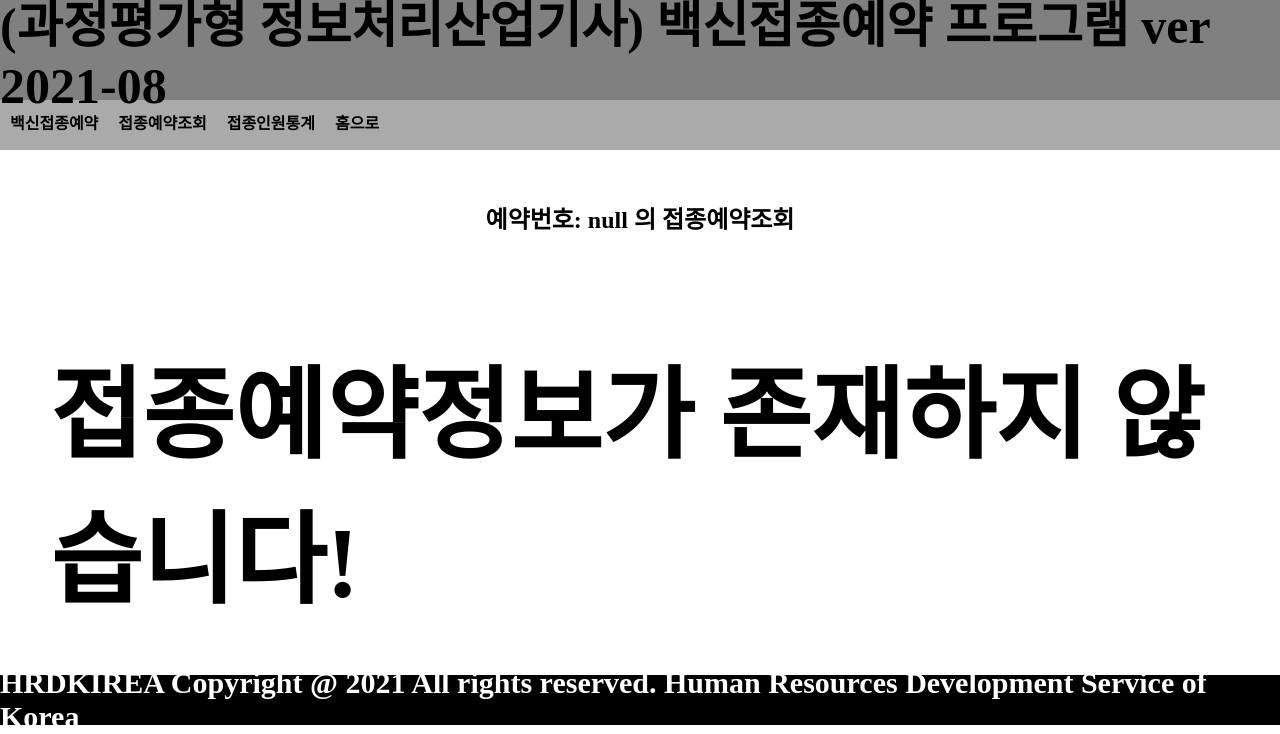
Repository: Ranranruo/info-processing
Page: http://localhost/20250424/view.jsp
These files come from the project's save history. The page is drawn as it stood at one moment and after the next save; the edit follows.
The browser window is 1280 px wide. The pictures show the whole page.
The page is served by Tomcat 9. Queries for data that is not in the repository find no rows.

Above is the page before, as saved 2025-04-24 07:15:55.
Console error: TypeError: Cannot read properties of null (reading 'addEventListener')

### 20250424/src/main/webapp/view.jsp
<%@page import="java.sql.ResultSet"%>
<%@page import="java.sql.PreparedStatement"%>
<%@page import="java.sql.Connection"%>
<%@page import="java.sql.DriverManager"%>
<%@ page language="java" contentType="text/html; charset=UTF-8"
    pageEncoding="UTF-8"%>
<%
	Class.forName("oracle.jdbc.OracleDriver");
	String no = request.getParameter("no");
	Connection con = DriverManager.getConnection("jdbc:oracle:thin:@//localhost:1521/xe", "system", "1234");

	String sql = "SELECT j.pname, j.jumin, CASE WHEN substr(j.jumin, 8, 1) = '1' THEN '남' WHEN substr(j.jumin, 8, 1) = '2' THEN '여' end, j.tel, substr(v.resvdate, 1, 4) || '년' || substr(v.resvdate, 5, 2) || '월' || substr(v.resvdate, 7, 2) || '일', substr(v.resvtime, 1, 2) || ':' | substr(v.resvtime, 3, 2), h.hospname, h.hosptel, h.hospaddr, v.vcode FROM tbl_vaccresv_202108 v, tbl_hosp_202108 h, tbl_jumin_201808 j WHERE v.jumin = j.jumin AND v.hospcode = h.hospcode AND v.resvno = ?";
	PreparedStatement s = con.prepareStatement(sql);
	s.setString(1, no);

	ResultSet rs = s.executeQuery();
%>
<!DOCTYPE html>
<html>
<head>
<meta charset="UTF-8">
<title>Insert title here</title>
<style>
* {padding:0; margin: 0; text-decoration: none; color: inherit;}
.c { display: flex; justify-content: center; align-items: center;}
td{ border: 1px solid black; padding: .5em 1em;}
</style>
</head>
<body>
<header class="c" style="background-color: gray; color: #000; font-weight: bold; font-size: 50px; height: 100px;">(과정평가형 정보처리산업기사) 백신접종예약 프로그램 ver 2021-08</header>
<nav style="display: flex; padding: 10px; gap: 20px; background: #aaa; color: black; font-weight: bold; height:30px;">
<a href="insert.jsp">백신접종예약</a>
<a href="select.jsp">접종예약조회</a>
<a href="view.jsp">접종인원통계</a>
<a href="index.jsp">홈으로</a>
</nav>
<section style="min-height: calc(100vh - 200px); display: flex; flex-direction: column; align-items: center;">
<h1 class="c" style="padding: 50px;">예약번호: <%=no %> 의 접종예약조회</h1>
<%
 if(rs.next()) {
%>
<form action="selectDetail.jsp">
<table>
<tr>
<td>접종예약조회</td>
<td>
	<input id="no" name="no"/>예) 20210001
</td>
</tr>
<tr>
<td colspan="2" style="display: flex; justify-content: center;">
<button>예약조회</button>
<button id="reset" type="reset">홈으로</button>
</td>
</tr>
</table>
</form>
<% } else { %>
<h1 class="c" style="font-size: 100px; padding: 50px;">접종예약정보가 존재하지 않습니다!</h1>
<% } %>
</section>
<footer class="c" style="background-color: black; color: #fff; font-weight: bold; font-size: 30px; height: 50px;">HRDKIREA Copyright @ 2021 All rights reserved. Human Resources Development Service of Korea</footer>
<script>
const $ = (s) => document.querySelector(s);
$("form").addEventListener("submit", (e)=> {
	e.preventDefault();
	if($("#no").value == "") {
		alert("접종예약번호가 입력되지 않았습니다.");
		e.preventDefault();
		$("#no").focus();
	}

});
$("#reset").addEventListener("click", ()=> {
	location.href="index.jsp";
});
</script>
</body>
</html>

After the next save:
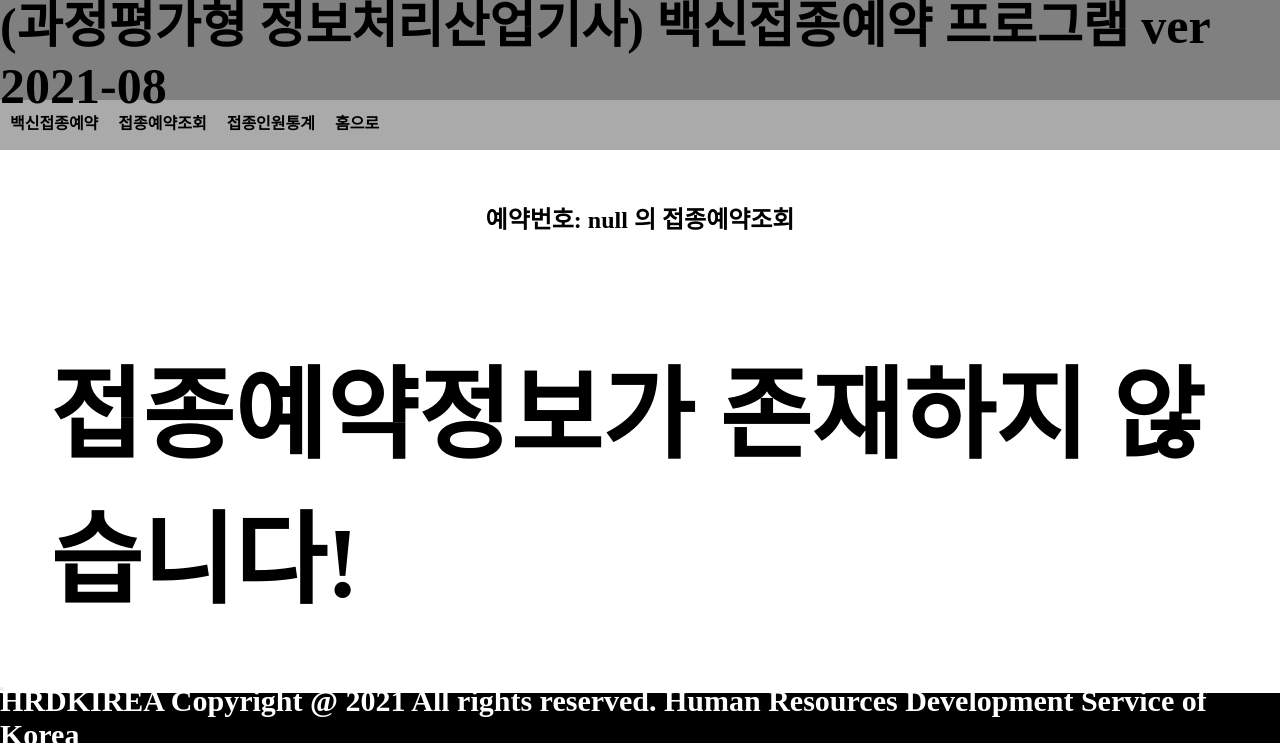
Saved 20 s later.
--- a/20250424/src/main/webapp/view.jsp
+++ b/20250424/src/main/webapp/view.jsp
@@ -56,7 +56,10 @@ td{ border: 1px solid black; padding: .5em 1em;}
 </table>
 </form>
 <% } else { %>
+<form>
 <h1 class="c" style="font-size: 100px; padding: 50px;">접종예약정보가 존재하지 않습니다!</h1>
+<button></button>
+</form>
 <% } %>
 </section>
 <footer class="c" style="background-color: black; color: #fff; font-weight: bold; font-size: 30px; height: 50px;">HRDKIREA Copyright @ 2021 All rights reserved. Human Resources Development Service of Korea</footer>
